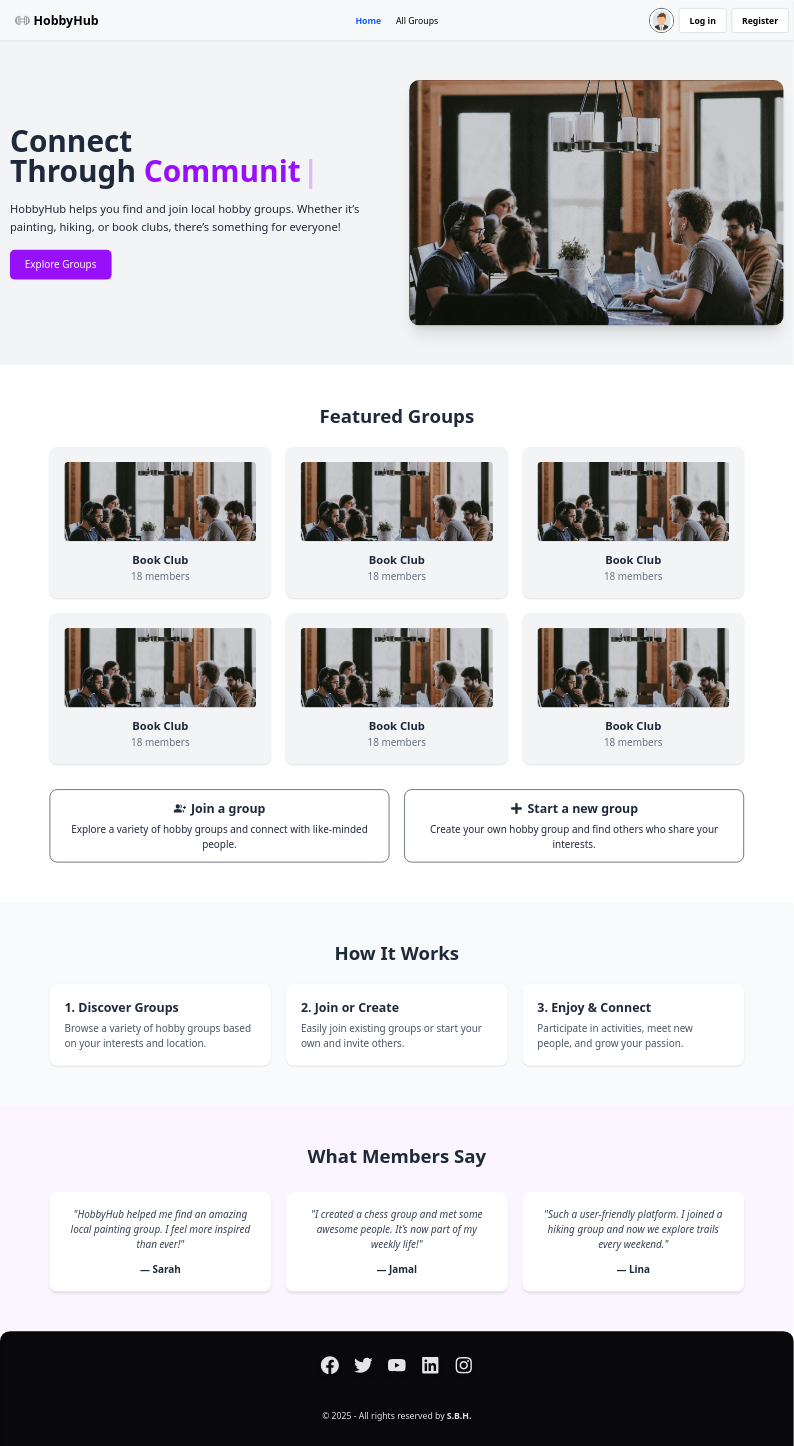
Repository: syedbayzid82849/Hobby_Hub_Client_site
Page: /
These files come from the project's save history. The page is drawn as it stood at one moment and after a run of saves; the edit follows.
The browser window is 1280 px wide. The pictures show the whole page, at 62% of full size.
The project was rebuilt for these pictures with package versions that can differ from the ones it lists, and the page was loaded fresh each time. Also part of the build but not shown: src/App.jsx, src/Pages/Register/Register.jsx, src/Pages/Login/Login.jsx, src/Pages/Profile/Profile.jsx, src/Pages/createGroup/createGroup.jsx, src/Pages/myGroup/myGroup.jsx, src/Routes/PrivateRoute.jsx, src/Pages/AllGroups/AllGroups.jsx.

Above is the page before, as saved 2025-05-22 09:10:01.

After the next 8 saves:
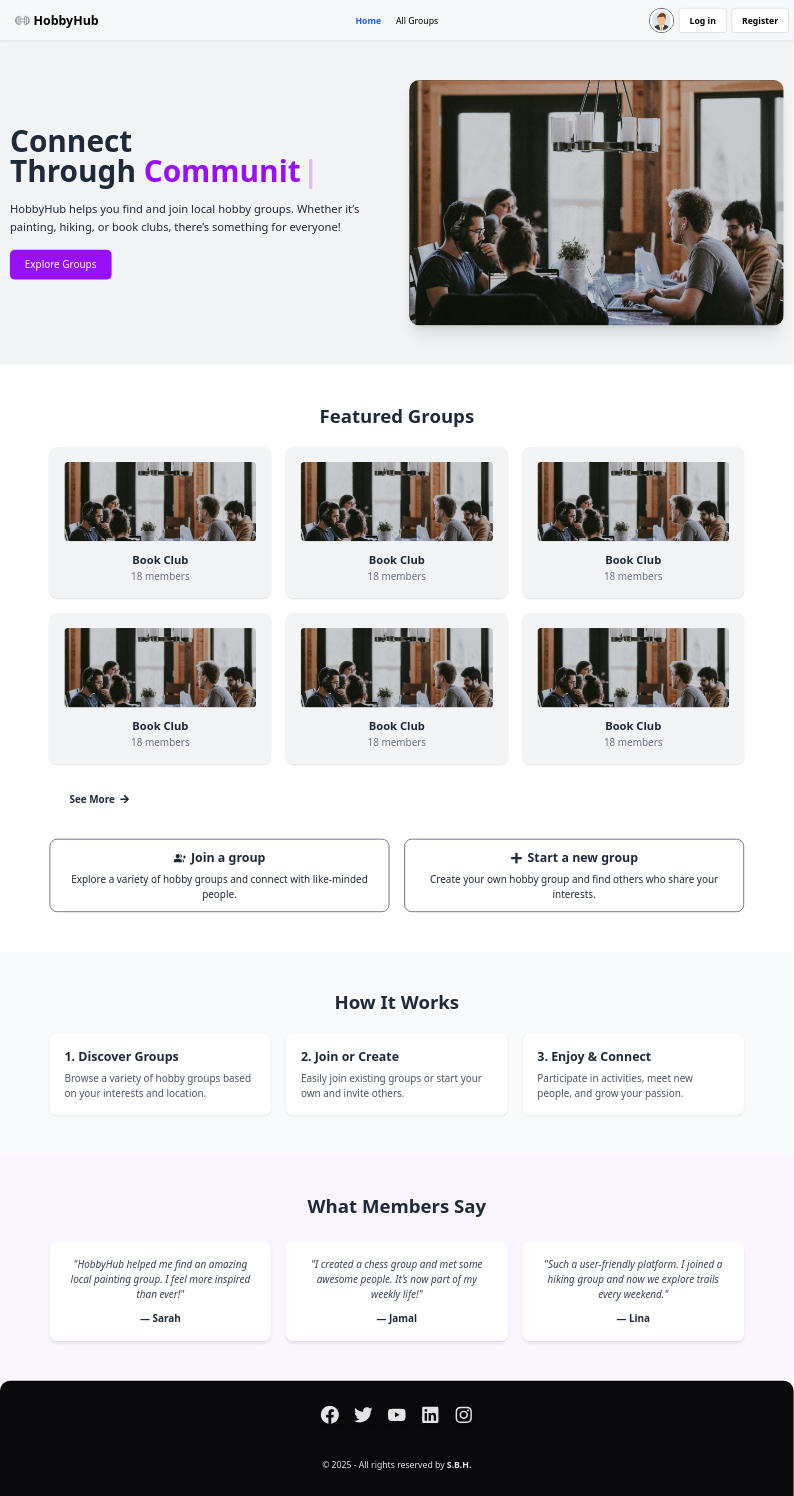
The 8 saves are shown as one change because they came seconds apart.
The last was saved 16 s later.
--- a/src/Pages/Home/Home.jsx
+++ b/src/Pages/Home/Home.jsx
@@ -120,6 +120,7 @@ const Home = () => {
                         </div>
                     </div>
                     <Link>
+                        <button type="button" className="flex mt-8 px-8 py-3 font-semibold rounded-full dark:bg-gray-800 dark:text-gray-100"><span className=''>See More</span><span className=' pt-1 ml-2'><FaArrowRight /></span></button>
                     </Link>
                 </div>
                 <div className="max-w-6xl mx-auto px-4 text-center pt-10">
